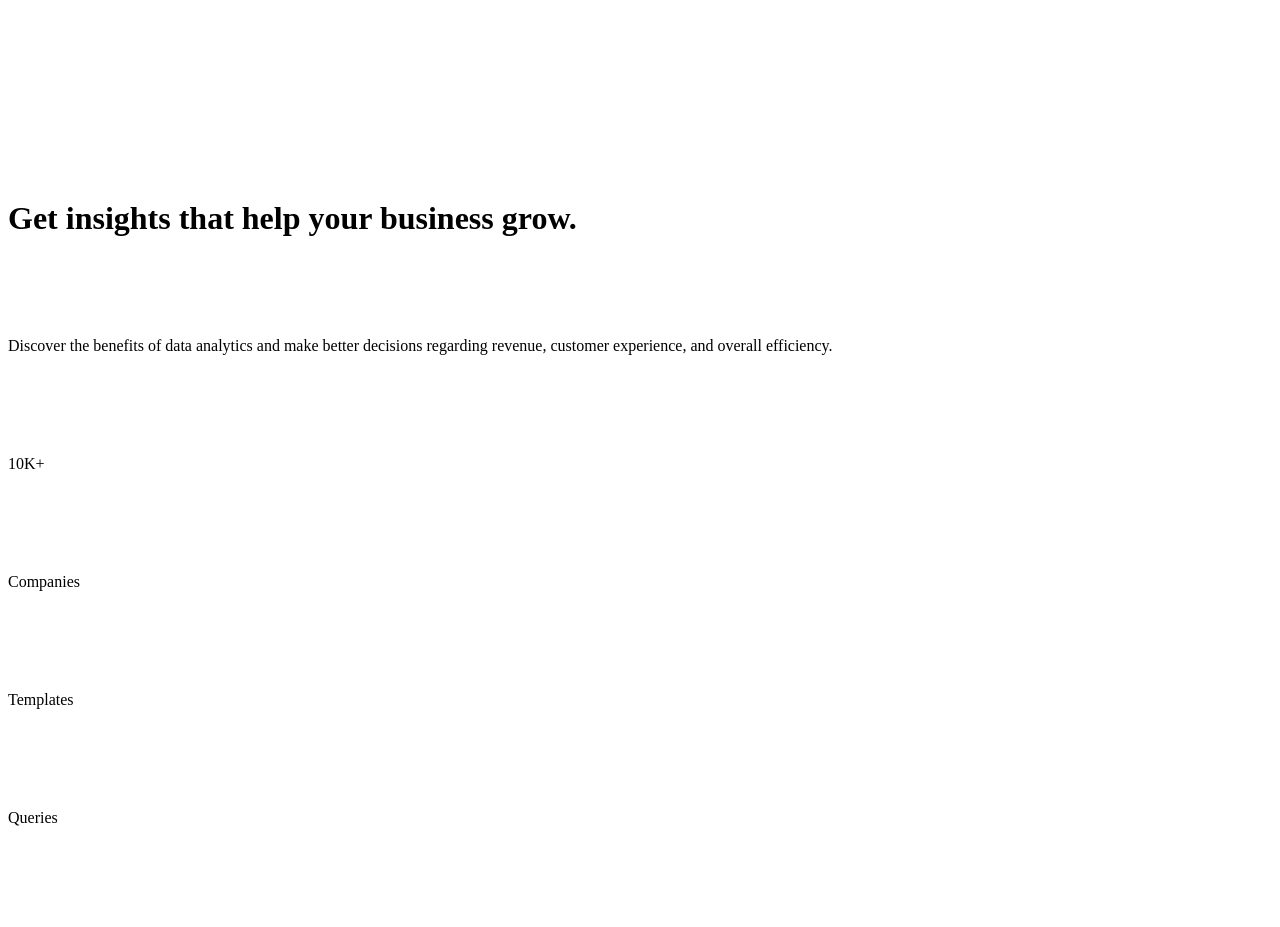
Repository: keisewarsame/stats-preview-frontendmentor
Page: index.html
An editor plug-in stored every save of this project. The page is shown before and after a run of saves, followed by the edit.
The browser window is 1280 px wide. The pictures show the whole page.

Above is the page before, as saved 2022-07-12 12:44:06.

After the next 2 saves:
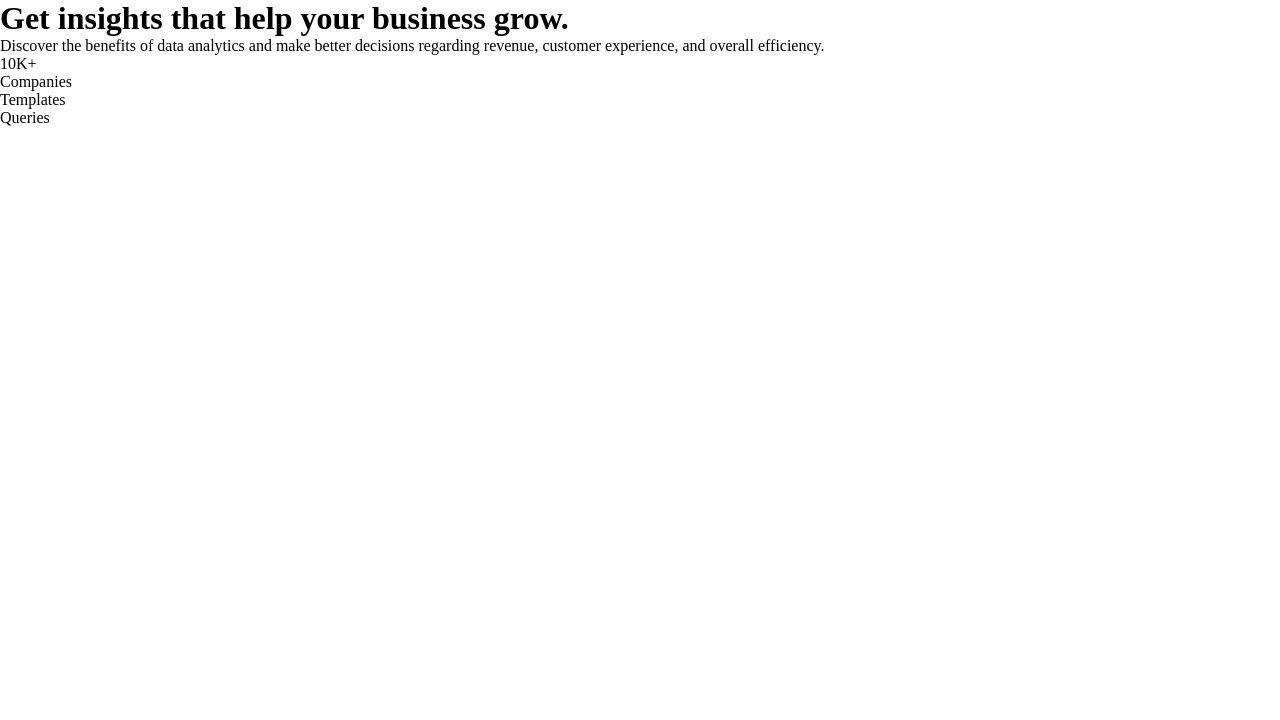
The 2 saves are shown as one change because they came seconds apart.
The last was saved 8 s later.
--- a/styles.css
+++ b/styles.css
@@ -1,5 +1,5 @@
 @import url('https://fonts.googleapis.com/css2?family=Inter:wght@400;700&family=Lexend+Deca&display=swap');
 
 * {
-    margin-top: 100px
+    margin: 0;
 }
